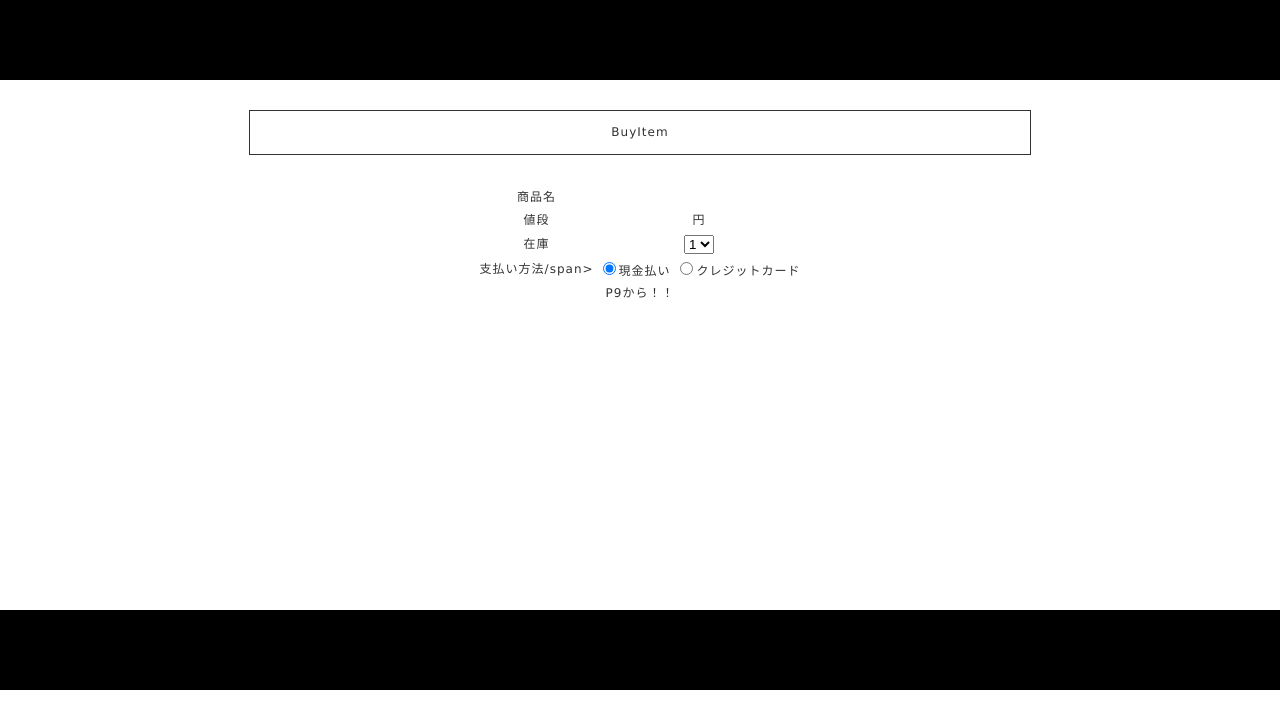
Repository: 1209mori05/test
Page: http://localhost/template/buyItem.jsp
These files come from the project's save history. The page is drawn as it stood at one moment and after the next save; the edit follows.
The browser window is 1280 px wide. The pictures show the whole page.
The page is served by Tomcat 9. Other server files are loaded and not shown.

Above is the page before, as saved 2018-03-28 03:19:27.

### template/WebContent/buyItem.jsp
<%@ page language="java" contentType="text/html; charset=UTF-8"

pageEncoding="UTF-8"%>

<%@ taglib prefix="s" uri="/struts-tags"%>
<!DOCTYPE html>
<html>
<head>

<meta http-equiv="Content-Type" content="text/html; charset=utf-8" />
<meta http-equiv="Content-Style-Type" content="text/css" />
<meta http-equiv="Content-Script-Type" content="text/javascript" />
<meta http-equiv="imagetoolbar" content="no" />
<meta name="description" content="" />
<meta name="keywords" content="" />
<title>商品購入画面</title>
<style type="text/css">
	body {
		margin:0;
		padding:0;
		line-height:1.6;
		letter-spacing:1px;
		font-family:Verdana, Helvetica, sans-serif;
		font-size:12px;
		color:#333;
		background:#fff;
		}
	table {
		text-align:center;
		margin:0 auto;
		}
	#top {
		width:780px;
		margin:30px auto;
		border:1px solid #333;
		}
	#header {
		width: 100%;
		height: 80px;
		background-color: black;
		}
	#main {
		width: 100%;
		height: 500px;
		text-align: center;
		}
	#footer {
		width: 100%;
		height: 80px;
		background-color: black;
		clear:both;
		}
</style>
</head>
<body>
	<div id="header">
		<div id="pr"></div>
	</div>
	<div id="main">
		<div id="top">
			<p>BuyItem</p>
		</div>
		<div>
			<s:form action="BuyItemAction">
				<table>
					<tr>
						<td><span>商品名</span></td>
						<td><s:property value="session.buyItem_name" /></td>
					</tr>
					<tr>
						<td><span>値段</span></td>
						<td><s:property value="session.buyItem_price" /><span>円</span></td>
					</tr>
					<tr>
						<td><span>在庫</span></td>
						<td><select name="stock">
							<option value="1" selected="selected">1</option>
							<option value="2">2</option>
							<option value="3">3</option>
							<option value="4">4</option>
							<option value="5">5</option>
						</select></td>
					</tr>
					<tr>
						<td><span>支払い方法/span></td>
						<td><input type="radio" name="pay" value="1" checked="checked">現金払い
							<input type="radio" name="pay" value="2">クレジットカード</td>
					</tr>
				</table>
				P9から！！
			</s:form>
		</div>
	</div>
	<div id="footer">
		<div id="pr"></div>
	</div>
</body>
</html>

After the next save:
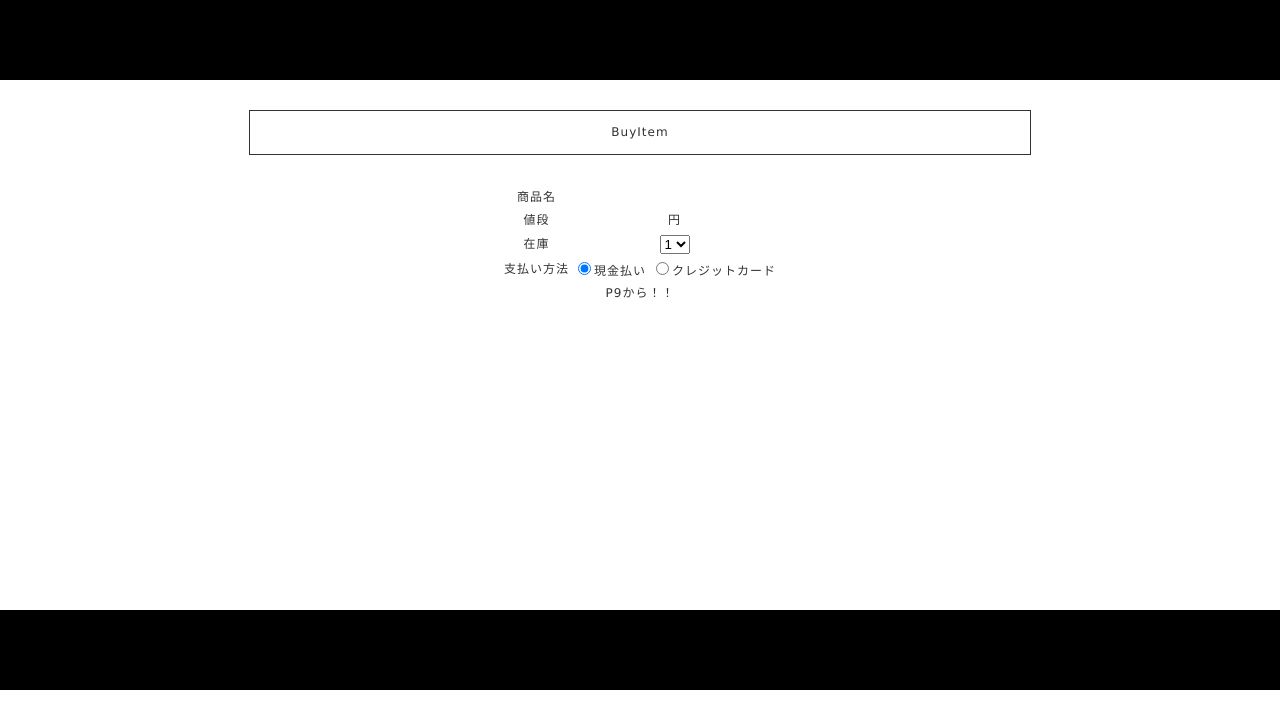
Saved 24 s later.
--- a/template/WebContent/buyItem.jsp
+++ b/template/WebContent/buyItem.jsp
@@ -82,7 +82,7 @@
 						</select></td>
 					</tr>
 					<tr>
-						<td><span>支払い方法/span></td>
+						<td><span>支払い方法</span></td>
 						<td><input type="radio" name="pay" value="1" checked="checked">現金払い
 							<input type="radio" name="pay" value="2">クレジットカード</td>
 					</tr>
